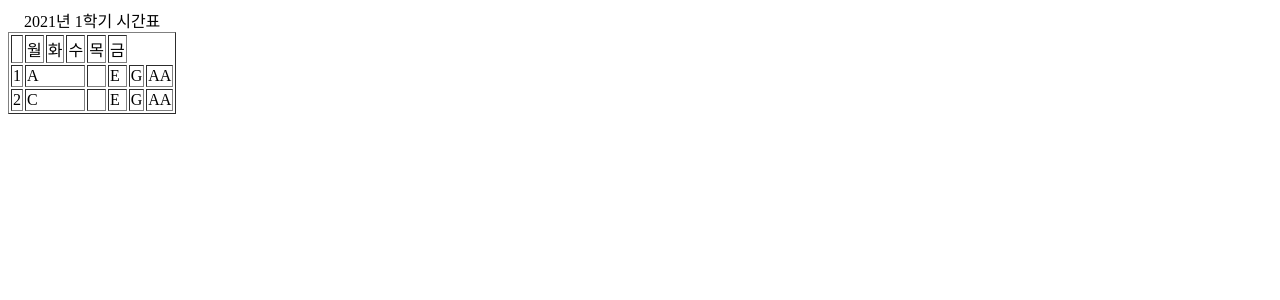
Repository: o-ddong/JSP
Page: ch1_html/WebContent/hello.html
The author's editor kept a copy of each file at every save. The page is drawn from the files as they stood at one save, then again after the next save.
The browser window is 1280 px wide. The pictures show the whole page.

Above is the page before, as saved 2021-03-03 05:50:53.

After the next save:
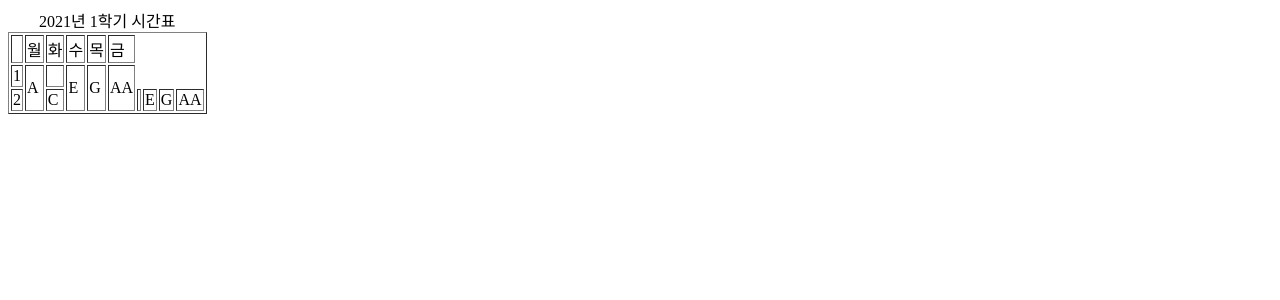
Saved 29 s later.
--- a/ch1_html/WebContent/hello.html
+++ b/ch1_html/WebContent/hello.html
@@ -24,19 +24,19 @@
 	</tr>
 	<tr>
 		<td>1</td>
-		<td colspan=3>A</td>
+		<td rowspan=3>A</td>
 		<td></td>
-		<td colspan=2>E</td>
-		<td cplspan=3>G</td>
-		<td colspan=2>AA</td>
+		<td rowspan=2>E</td>
+		<td rowspan=3>G</td>
+		<td rowspan=2>AA</td>
 	</tr>
 	<tr>
 		<td>2</td>
-		<td colspan=3>C</td>
+		<td rowspan=3>C</td>
 		<td></td>
-		<td colspan=2>E</td>
-		<td cplspan=3>G</td>
-		<td colspan=2>AA</td>
+		<td rowspan=2>E</td>
+		<td rowspan=3>G</td>
+		<td rowspan=2>AA</td>
 	</tr>
 
 
